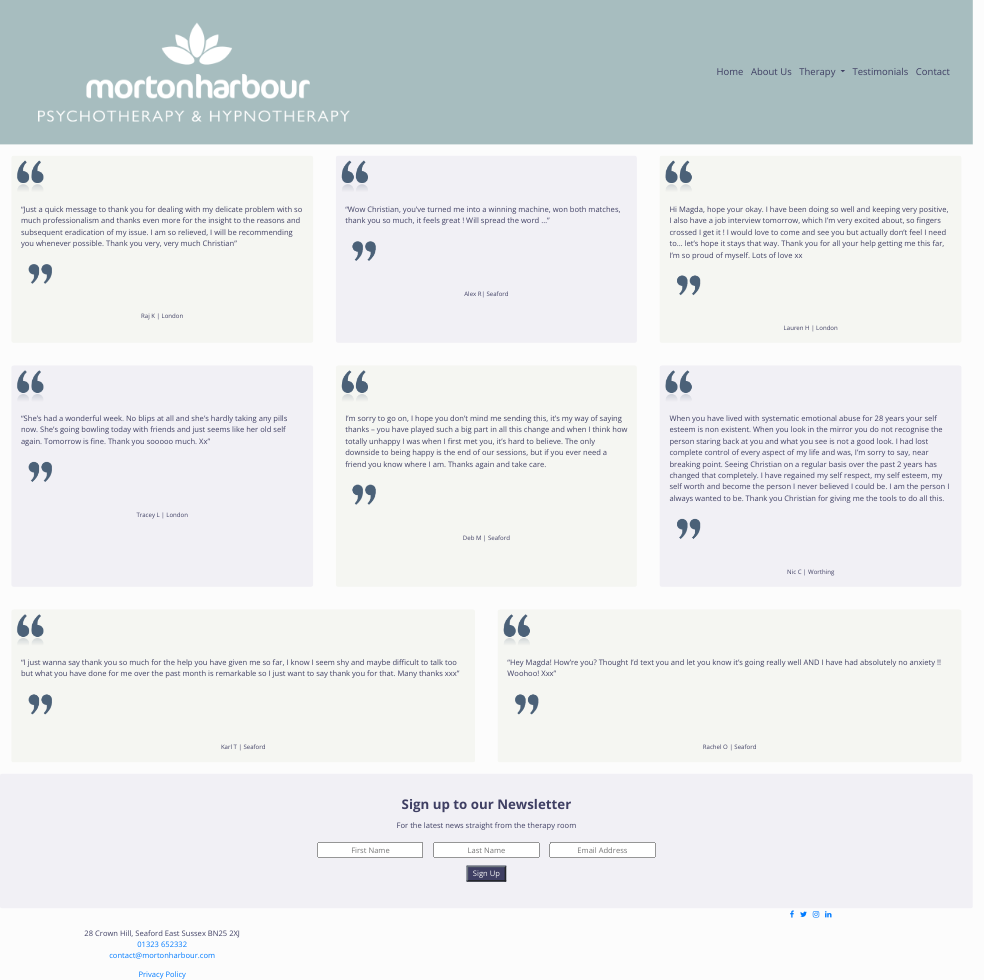
Repository: Code-Institute-Submissions/mortonharbour
Page: testimonials.html
The author's editor kept a record of every edit. The page is drawn from the files as they stood at one moment, then again after the next edit.
The browser window is 1280 px wide. The page is 1295 px wide, so the pictures cover 1295 px, including what lies to the right of the window. The pictures show the whole page, at 76% of full size.
Some web libraries are served in a nearby version.

Above is the page before.

After the next edit:
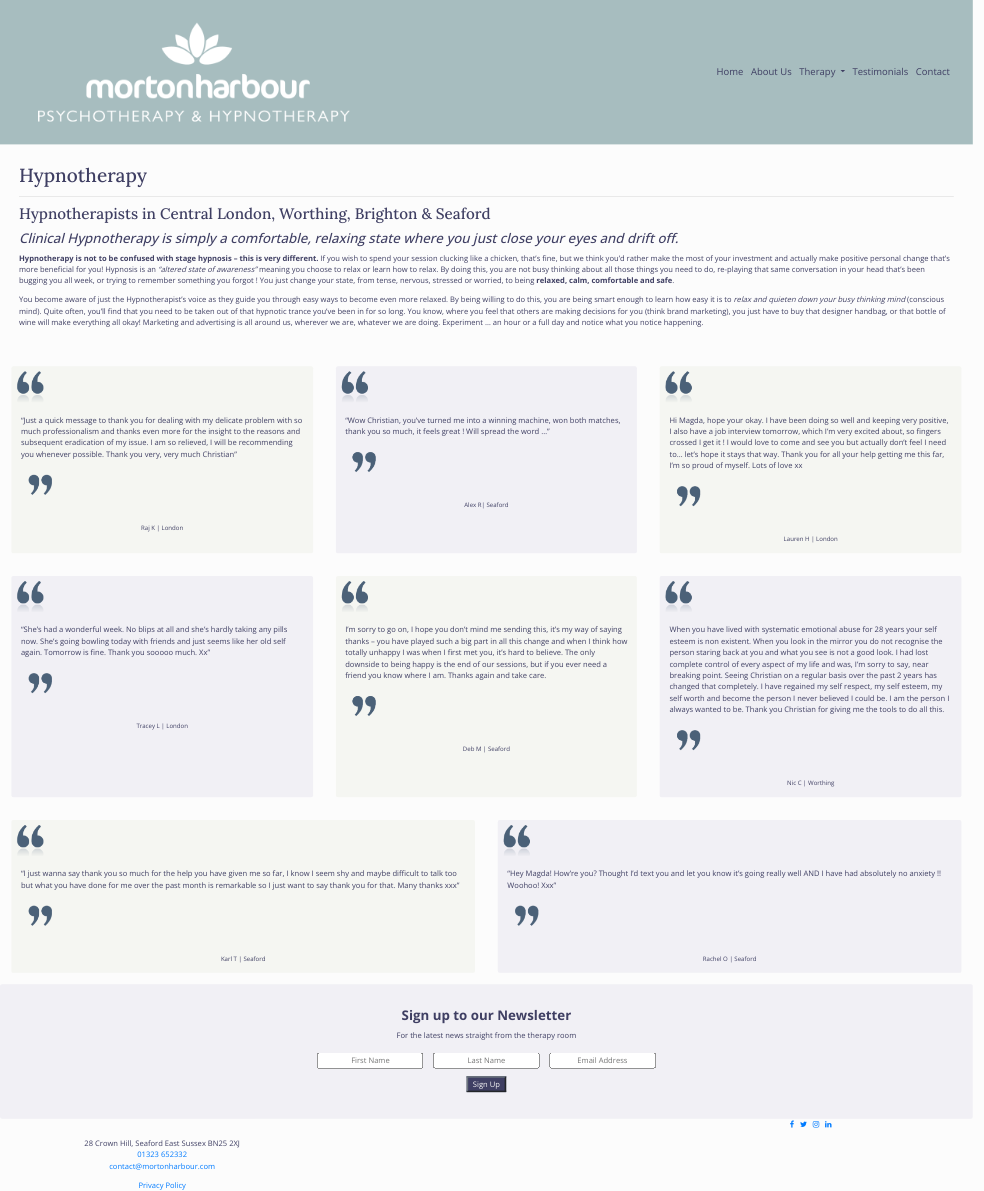
The edit:
--- a/testimonials.html
+++ b/testimonials.html
@@ -56,16 +56,34 @@
         </div>
     </header>
 
-    <section>
+    <!------------------------------------------------------------<Testimonial Cards-->
+
+    <section class="main-content-text">
+        <div class="row">
+            <div class="col-sm-12">
+                <h1>Hypnotherapy</h1>
+                <hr>
+                <h2>Hypnotherapists in Central London, Worthing, Brighton & Seaford</h2>
+                <h3><em>Clinical Hypnotherapy is simply a comfortable, relaxing state where you just close your eyes and drift off.</em></h3>
+                <p><strong>Hypnotherapy is not to be confused with stage hypnosis – this is very different.</strong> If you wish to spend your session clucking like a chicken, that’s fine, but we think you’d rather make the most of your investment and actually
+                    make positive personal change that’s more beneficial for you! Hypnosis is an <em>“altered state of awareness”</em> meaning you choose to relax or learn how to relax. By doing this, you are not busy thinking about all those things you
+                    need to do, re-playing that same conversation in your head that’s been bugging you all week, or trying to remember something you forgot ! You just change your state, from tense, nervous, stressed or worried, to being <b>relaxed, calm, comfortable and safe</b>.</p>
+                <p>You become aware of just the Hypnotherapist’s voice as they guide you through easy ways to become even more relaxed. By being willing to do this, you are being smart enough to learn how easy it is to <em>relax and quieten down your busy
+                    thinking mind</em> (conscious mind). Quite often, you’ll find that you need to be taken out of that hypnotic trance you’ve been in for so long. You know, where you feel that others are making decisions for you (think brand marketing),
+                    you just have to buy that designer handbag, or that bottle of wine will make everything all okay! Marketing and advertising is all around us, wherever we are, whatever we are doing. Experiment … an hour or a full day and notice what
+                    you notice happening.</p>
+            </div>
+        </div>
     </section>
 
-         <!------------------------------------------------------------<Testimonial Cards-->
+    <!------------------------------------------------------------<Testimonial Cards-->
     <section>
         <div class="card-deck">
             <div class="card testimonial-cards-olive">
                 <img class="card-img-top quote-icons" src="assets/images/quote-left.png" alt="Card image cap">
                 <div class="card-body">
-                    <p class="card-text">“Just a quick message to thank you for dealing with my delicate problem with so much professionalism and thanks even more for the insight to the reasons and subsequent eradication of my issue. I am so relieved, I will be recommending you whenever possible. Thank you very, very much Christian”</p>
+                    <p class="card-text">“Just a quick message to thank you for dealing with my delicate problem with so much professionalism and thanks even more for the insight to the reasons and subsequent eradication of my issue. I am so relieved, I will be recommending
+                        you whenever possible. Thank you very, very much Christian”</p>
                     <img class="card-img-top quote-icons" src="assets/images/quote-right.png" alt="Card image cap"></br>
                     <p class="card-text text-center caption-text"><small>Raj K | London</small></p>
                 </div>
@@ -118,15 +136,16 @@
             </div>
         </div>
         <div class="card-deck">
-                        <div class="card testimonial-cards-olive">
-                <img class="card-img-top quote-icons" src="assets/images/quote-left.png" alt="Card image cap">
-                <div class="card-body">
-                    <p class="card-text">“I just wanna say thank you so much for the help you have given me so far, I know I seem shy and maybe difficult to talk too but what you have done for me over the past month is remarkable so I just want to say thank you for that. Many thanks xxx”</p>
+            <div class="card testimonial-cards-olive">
+                <img class="card-img-top quote-icons" src="assets/images/quote-left.png" alt="Card image cap">
+                <div class="card-body">
+                    <p class="card-text">“I just wanna say thank you so much for the help you have given me so far, I know I seem shy and maybe difficult to talk too but what you have done for me over the past month is remarkable so I just want to say thank you for that.
+                        Many thanks xxx”</p>
                     <img class="card-img-top quote-icons" src="assets/images/quote-right.png" alt="Card image cap"></br>
                     <p class="card-text text-center caption-text"><small>Karl T | Seaford</small></p>
                 </div>
             </div>
-            <div class="card testimonial-cards-olive">
+            <div class="card testimonial-cards-rose">
                 <img class="card-img-top quote-icons" src="assets/images/quote-left.png" alt="Card image cap">
                 <div class="card-body">
                     <p class="card-text">“Hey Magda! How’re you? Thought I’d text you and let you know it’s going really well AND I have had absolutely no anxiety !! Woohoo! Xxx”</p>
@@ -135,7 +154,7 @@
                 </div>
             </div>
             <div>
-        </div>
+            </div>
     </section>
     <!------------------------------------------------------------<End of Testimonial Cards-->
 
